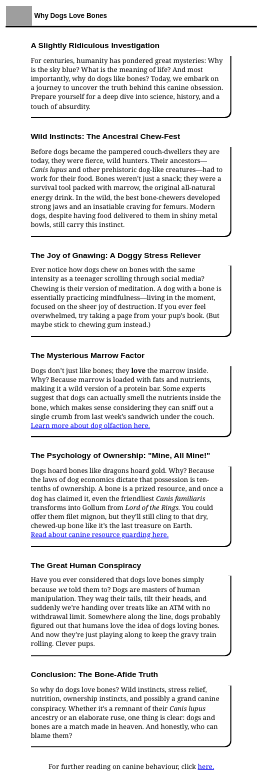
Repository: Leith-vdl/apprentice-challenge-1
Page: index.html
The author's editor kept a copy of each file at every save. The page is drawn from the files as they stood at one save, then again after the next save.
The browser window is 375 px wide. The pictures show the part of the page from y = 0 to 2240 px (the page is 1110 px tall before and 2834 px after), at 70% of full size.
Pictures or frames that could not be fetched are drawn as grey boxes. Some web fonts or font styles are not loaded; a fallback is used.

Above is the page before, as saved 2025-02-06 09:12:20.

After the next save:
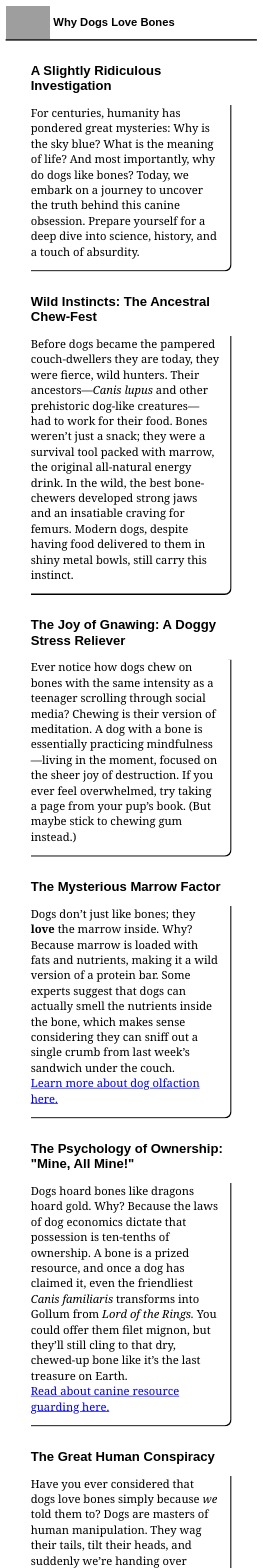
Saved 5 s later.
--- a/styles/styles.css
+++ b/styles/styles.css
@@ -54,7 +54,7 @@ footer.page-footer {
 
 @media screen and (max-width: 480px) {
    body {
-    font-size: 0.6em;
+    font-size: 1em;
    }
 
     main {
